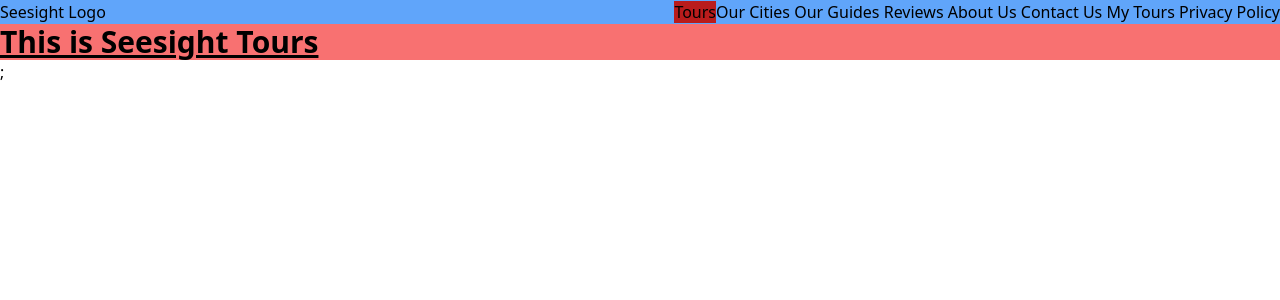
Repository: AmelUlMulk/seesight-tours-test
Page: /
The author's editor kept a copy of each file at every save. The page is drawn from the files as they stood at one save, then again after the next save.
The browser window is 1280 px wide. The pictures show the whole page.
The project was rebuilt for these pictures with package versions that can differ from the ones it lists, and the page was loaded fresh each time. The framework's server and built-in components were replaced by stand-ins that run in the browser. Also part of the build but not shown: next.config.js.

Above is the page before, as saved 2022-12-27 11:42:00.

### pages/_app.tsx
import '../styles/globals.css';
import type { AppProps } from 'next/app';
import NavBar from '../layouts/NavBar';

export default function App({ Component, pageProps }: AppProps) {
  return (
    <>
      <NavBar />
      <Component {...pageProps} />;
    </>
  );
}

### pages/_document.js
import Document, { DocumentContext, DocumentInitialProps } from 'next/document';
import { ServerStyleSheet } from 'styled-components';

export default class MyDocument extends Document {
  static async getInitialProps(ctx) {
    const sheet = new ServerStyleSheet();
    const originalRenderPage = ctx.renderPage;

    try {
      ctx.renderPage = () =>
        originalRenderPage({
          enhanceApp: App => props => sheet.collectStyles(<App {...props} />)
        });

      const initialProps = await Document.getInitialProps(ctx);
      return {
        ...initialProps,
        styles: (
          <>
            {initialProps.styles}
            {sheet.getStyleElement()}
          </>
        )
      };
    } finally {
      sheet.seal();
    }
  }
}

### pages/index.tsx
import Head from 'next/head';
import Image from 'next/image';

export default function Home() {
  return (
    <>
      <Head>
        <title className="text-3xl font-bold underline">See Sight Tours</title>
        <meta name="description" content="Generated by create next app" />
        <meta name="viewport" content="width=device-width, initial-scale=1" />
        <link rel="icon" href="/favicon.ico" />
      </Head>
      <main>
        <h2 className="text-3xl font-bold underline bg-red-400">
          This is Seesight Tours
        </h2>
      </main>
    </>
  );
}

### layouts/NavBar.tsx
import Link from 'next/link';
import React from 'react';

const NavBar = () => {
  return (
    <div className="flex w-100 bg-blue-400">
      <div className="logo flex-1">
        <h1>Seesight Logo</h1>
      </div>
      <div className="links w-80">
        <Link href="/tours" className=" bg-red-700 ">
          Tours
        </Link>
        <Link href="/cities">Our Cities </Link>
        <Link href="/guides">Our Guides </Link>
        <Link href="/reviews">Reviews </Link>
        <Link href="/about">About Us </Link>
        <Link href="/contact">Contact Us </Link>
        <Link href="/my-tours">My Tours </Link>
        <Link href="/privacy">Privacy Policy </Link>
      </div>
    </div>
  );
};

export default NavBar;

### tailwind.config.js
/** @type {import('tailwindcss').Config} */
module.exports = {
  content: [
    './pages/**/*.{js,ts,jsx,tsx}',
    './components/**/*.{js,ts,jsx,tsx}'
  ],
  theme: {
    extend: {}
  },
  plugins: []
};

### layouts/component/PrivacyPolicy.tsx
import React from 'react';

function PrivacyPolicy() {
  return <div>Privacy Policy bla bla bla </div>;
}

export default PrivacyPolicy;

Loaded but not shown: styles/globals.css (common file)

After the next save:
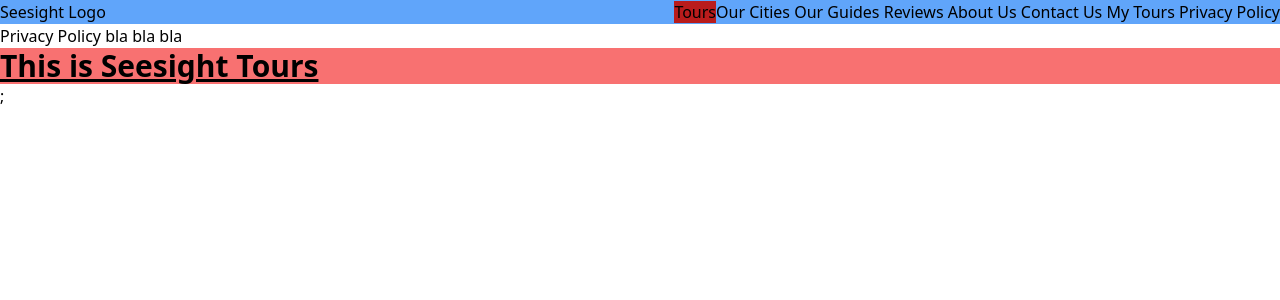
Saved 23 s later.
--- a/pages/_app.tsx
+++ b/pages/_app.tsx
@@ -1,11 +1,13 @@
 import '../styles/globals.css';
 import type { AppProps } from 'next/app';
 import NavBar from '../layouts/NavBar';
+import PrivacyPolicy from '../layouts/component/PrivacyPolicy';
 
 export default function App({ Component, pageProps }: AppProps) {
   return (
     <>
       <NavBar />
+      <PrivacyPolicy />
       <Component {...pageProps} />;
     </>
   );

After the save that followed:
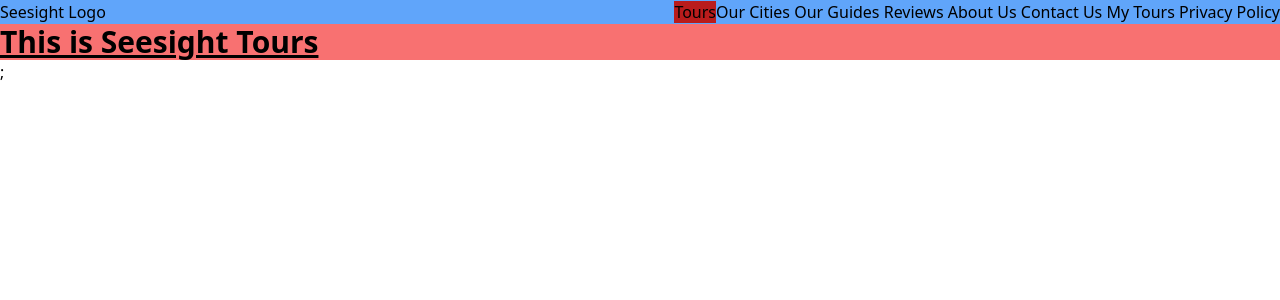
Saved 77 s later.
--- a/pages/_app.tsx
+++ b/pages/_app.tsx
@@ -1,13 +1,11 @@
 import '../styles/globals.css';
 import type { AppProps } from 'next/app';
 import NavBar from '../layouts/NavBar';
-import PrivacyPolicy from '../layouts/component/PrivacyPolicy';
 
 export default function App({ Component, pageProps }: AppProps) {
   return (
     <>
       <NavBar />
-      <PrivacyPolicy />
       <Component {...pageProps} />;
     </>
   );
